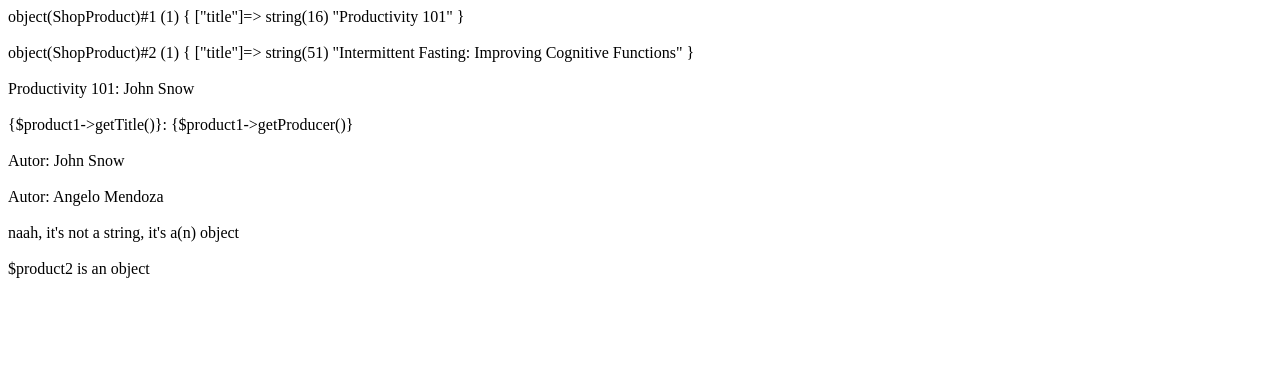
Repository: wojciechDrozd/php
Page: http://localhost/Tryouts.php
The author's editor kept a copy of each file at every save. The page is drawn from the files as they stood at one save, then again after the next save.
The browser window is 1280 px wide. The pictures show the whole page.
The page is run by PHP 8.4 with error messages shown; the project is at /var/www/html/.

Above is the page before, as saved 2017-03-04 06:48:46.

### Pro/Tryouts.php
<?php

class ShopProduct {

	public $title;
	public $producerMainName;
	public $producerFirstName;
	public $price;

	function __construct($title,$producerFirstName,$producerMainName,$price){
		$this->title = $title;
		$this->producerFirstName = $producerFirstName;
		$this->producerMainName = $producerMainName;
		$this->price = $price;

	}

	function getTitle(){
		return $this->title;
	}

	function getPrice(){
		return $this->price;
	}

	function getProducer(){

		return "{$this->producerFirstName} ".
				"{$this->producerMainName}";
	}

	//changing output from var_dump(), always return array
	function __debugInfo(){

		return array('title' => $this->title);
	}
}

$product1 = new ShopProduct("Productivity 101","John", "Snow", 9.99);
$product2 = new ShopProduct("Intermittent Fasting: Improving Cognitive Functions","Angelo","Mendoza", "14.99");

var_dump($product1);

print '<br><br>';
var_dump($product2);

print "<br><br>";

echo "{$product1->getTitle()}: "."{$product1->getProducer()}";
print "<br><br>";
echo '{$product1->getTitle()}: '.'{$product1->getProducer()}';
print "<br><br>";
print "Autor: ".$product1->getProducer();
print "<br><br>";
print "Autor: ".$product2->getProducer();
print "<br><br>";

if(is_string($product1))
	print "yes, it's a ".gettype($product1);
else
	print "naah, it's not a string, it's a(n) ".gettype($product1);


print "<br><br>";
if(is_object($product2))
	print '$product2 is an object';

print "<br><br>";
print "<br><br>";
print "<br><br>";
print "<br><br>";


?>

After the next save:
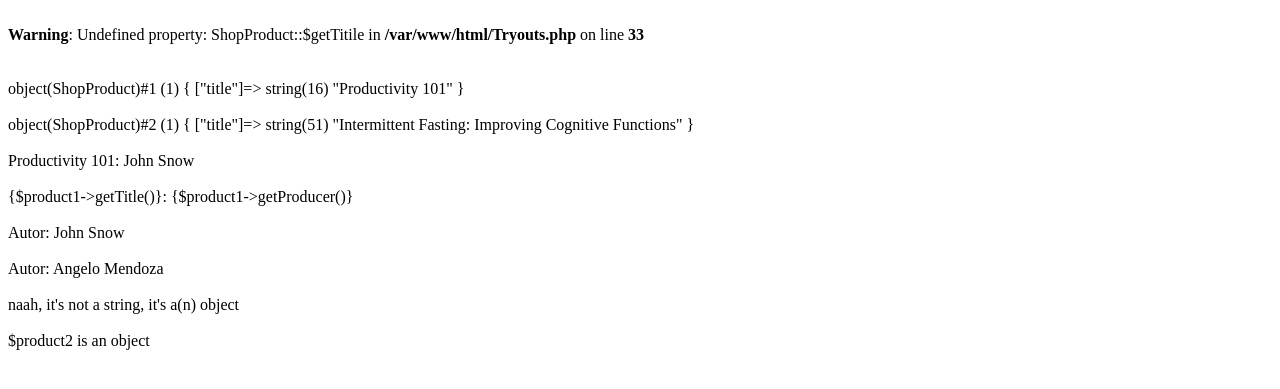
Saved 5 min 20 s later.
--- a/Pro/Tryouts.php
+++ b/Pro/Tryouts.php
@@ -7,7 +7,7 @@
 	public $producerFirstName;
 	public $price;
 
-	function __construct($title,$producerFirstName,$producerMainName,$price){
+	public function __construct($title,$producerFirstName,$producerMainName,$price){
 		$this->title = $title;
 		$this->producerFirstName = $producerFirstName;
 		$this->producerMainName = $producerMainName;
@@ -15,22 +15,31 @@
 
 	}
 
-	function getTitle(){
+	public function getTitle(){
 		return $this->title;
 	}
 
-	function getPrice(){
+	public function getPrice(){
 		return $this->price;
 	}
 
-	function getProducer(){
+	public function getProducer(){
 
 		return "{$this->producerFirstName} ".
 				"{$this->producerMainName}";
 	}
 
+	public function write($shopProduct){
+		$string = "{$shopProduct->getTitile}".
+		"{$shopProduct->getProducer()} ".
+		"{$shopProduct->getPrice()}";
+
+		return $string;
+	}
+
+
 	//changing output from var_dump(), always return array
-	function __debugInfo(){
+	public function __debugInfo(){
 
 		return array('title' => $this->title);
 	}
@@ -39,6 +48,28 @@
 $product1 = new ShopProduct("Productivity 101","John", "Snow", 9.99);
 $product2 = new ShopProduct("Intermittent Fasting: Improving Cognitive Functions","Angelo","Mendoza", "14.99");
 
+$product1->write($product1);
+
+
+
+
+
+
+
+
+
+
+
+
+
+
+
+
+
+
+
+
+print "<br><br>";
 var_dump($product1);
 
 print '<br><br>';

After the save that followed:
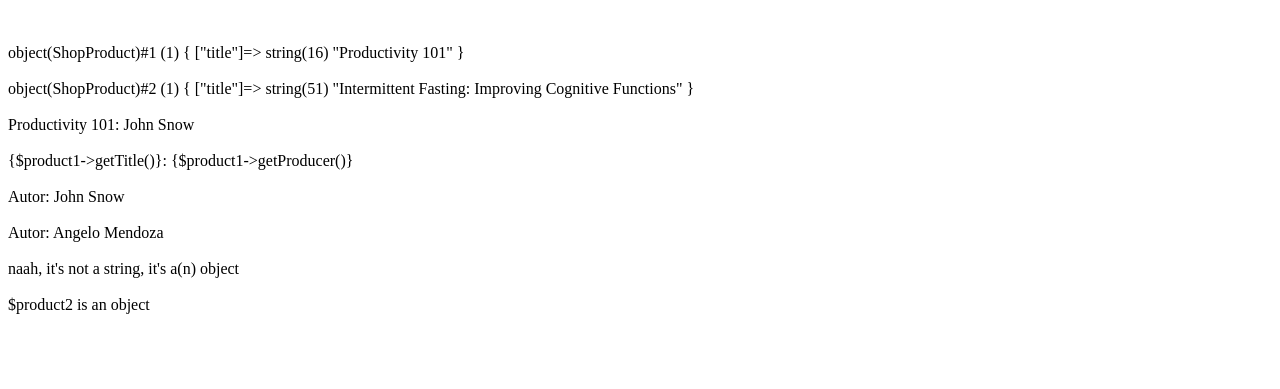
Saved 11 s later.
--- a/Pro/Tryouts.php
+++ b/Pro/Tryouts.php
@@ -30,7 +30,7 @@
 	}
 
 	public function write($shopProduct){
-		$string = "{$shopProduct->getTitile}".
+		$string = "{$shopProduct->getTitle()}".
 		"{$shopProduct->getProducer()} ".
 		"{$shopProduct->getPrice()}";
 
